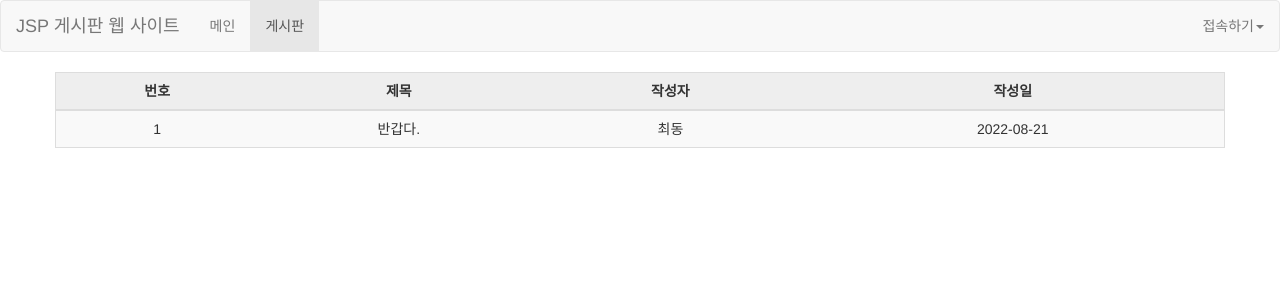
Repository: flown222/JSP_BasicWebsite_Project
Page: http://localhost/BBS/bbs.jsp
These files come from the project's save history. The page is drawn as it stood at one moment and after the next save; the edit follows.
The browser window is 1280 px wide. The pictures show the whole page.
The page is served by Tomcat 9. Other server files are loaded and not shown.

Above is the page before, as saved 2022-08-21 06:39:34.

### projects /BBS/src/main/webapp/bbs.jsp
<%@ page language="java" contentType="text/html; charset=UTF-8"
    pageEncoding="UTF-8"%>
<%@ page import="java.io.PrintWriter"%>
<!DOCTYPE html>
<html>
<head>
<meta http-equiv="Content-Type" content="text/html; charset=UTF-8">
<meta name="viewport" content="width=device-width" , initial-scale="1">
<link rel="stylesheet" href="css/bootstrap.css">

<title>JSP 로그인 웹 사이트</title>
</head>
<body>
	<%
		String userID = null;
		if(session.getAttribute("userID") != null){
			userID = (String) session.getAttribute("userID");
		}
	%>
	<nav class="navbar navbar-default ">
		<div class="navbar-header">
			<button type="button" class="navbar-toggle collapsed"
			data-toggle="collapse" data-target="#bs-example-navbar-collapse-1"
			aria-expanded="false">
				<span class="icon-bar"></span>
				<span class="icon-bar"></span>
				<span class="icon-bar"></span>
			</button>

			<a class="navbar-brand" href="main.jsp">JSP 게시판 웹 사이트</a>
		</div>
       <div class="collapse navbar-collapse" id="bs-example-navbar-collapse-1"
       				aria-expanded="false">
           <ul class="nav navbar-nav">
                   <li><a href="main.jsp">메인</a></li>
                   <li class="active"><a href="bbs.jsp">게시판</a></li>
           </ul>
           <%
           		if(userID == null){ //로그인 또는 회원가입을 통해 접속을 하지 않을 상태일때.
           %>
			<ul class="nav navbar-nav navbar-right">
				<li class="dropdown">
					<a href="#" class="dropdown-toggle"
                     data-toggle="dropdown" role="button" aria-haspopup="true"
                     aria-expanded="false">접속하기<span class="caret"></span></a>
                     <ul class="dropdown-menu">
                     	<li><a href="login.jsp">로그인</a></li>
                     	<li><a href="join.jsp">회원가입</a></li>
                     </ul>
				</li>
			</ul>
			<%
           		} else{//로그인 또는 회원가입을 통해 접속을 했을때.
           	%>
           	<ul class="nav navbar-nav navbar-right">
				<li class="dropdown">
					<a href="#" class="dropdown-toggle"
                     data-toggle="dropdown" role="button" aria-haspopup="true"
                     aria-expanded="false">회원관리<span class="caret"></span></a>
                     <ul class="dropdown-menu">
                     	<li><a href="logoutAction.jsp">로그아웃</a></li>
                     </ul>
				</li>
			</ul>
           	<%
           		}
            %>

		</div>
	</nav>
	<div class="container">
		<div class="row">
			<table class="table table-striped" style="text-align : center; border: 1px solid #dddddd">
				<thead>
					<tr>
						<th style="background-color: #eeeeee; text-align: center;">번호</th>
						<th style="background-color: #eeeeee; text-align: center;">제목</th>
						<th style="background-color: #eeeeee; text-align: center;">작성자</th>
						<th style="background-color: #eeeeee; text-align: center;">작성일</th>
					</tr>
				</thead>
				<tbody>
					<tr>
						<td>1</td>
						<td>반갑다.</td>
						<td>최동</td>
						<td>2022-08-21</td>
					</tr>
				</tbody>
			</table>
		</div>
	</div>
	<script src="https://code.jquery.com/jquery-3.3.1.min.js"></script>
	<script src="js/bootstrap.js"></script>
</body>
</html>

Loaded but not shown: projects /BBS/src/main/webapp/css/bootstrap.css (library); projects /BBS/src/main/webapp/js/bootstrap.js (library)

After the next save:
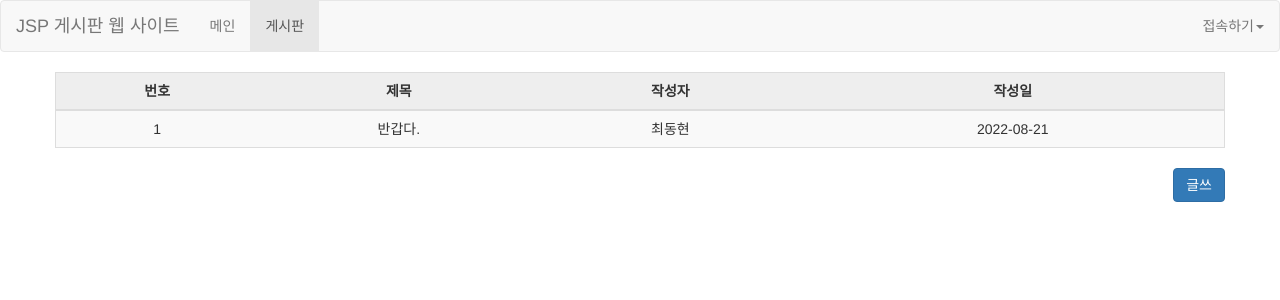
Saved 2 min 9 s later.
--- a/projects /BBS/src/main/webapp/bbs.jsp
+++ b/projects /BBS/src/main/webapp/bbs.jsp
@@ -83,11 +83,12 @@
 					<tr>
 						<td>1</td>
 						<td>반갑다.</td>
-						<td>최동</td>
+						<td>최동현</td>
 						<td>2022-08-21</td>
 					</tr>
 				</tbody>
 			</table>
+			<a href= "write.jsp" class="btn btn-primary pull-right">글쓰</a>
 		</div>
 	</div>
 	<script src="https://code.jquery.com/jquery-3.3.1.min.js"></script>
